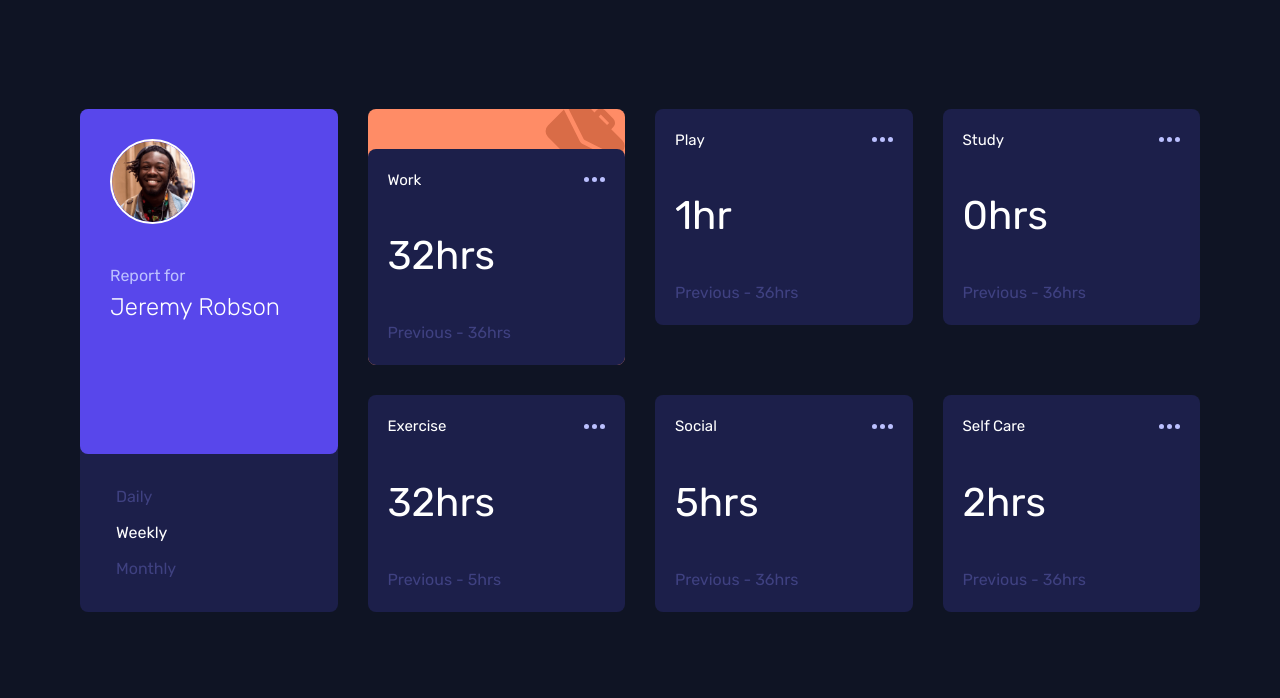
Repository: Akashiii1/WebTimeTracking_Day6
Page: index.html
An editor plug-in stored every save of this project. The page is shown before and after the next save, followed by the edit.
The browser window is 1280 px wide. The pictures show the whole page.

Above is the page before, as saved 2021-12-27 00:23:09.

After the next save:
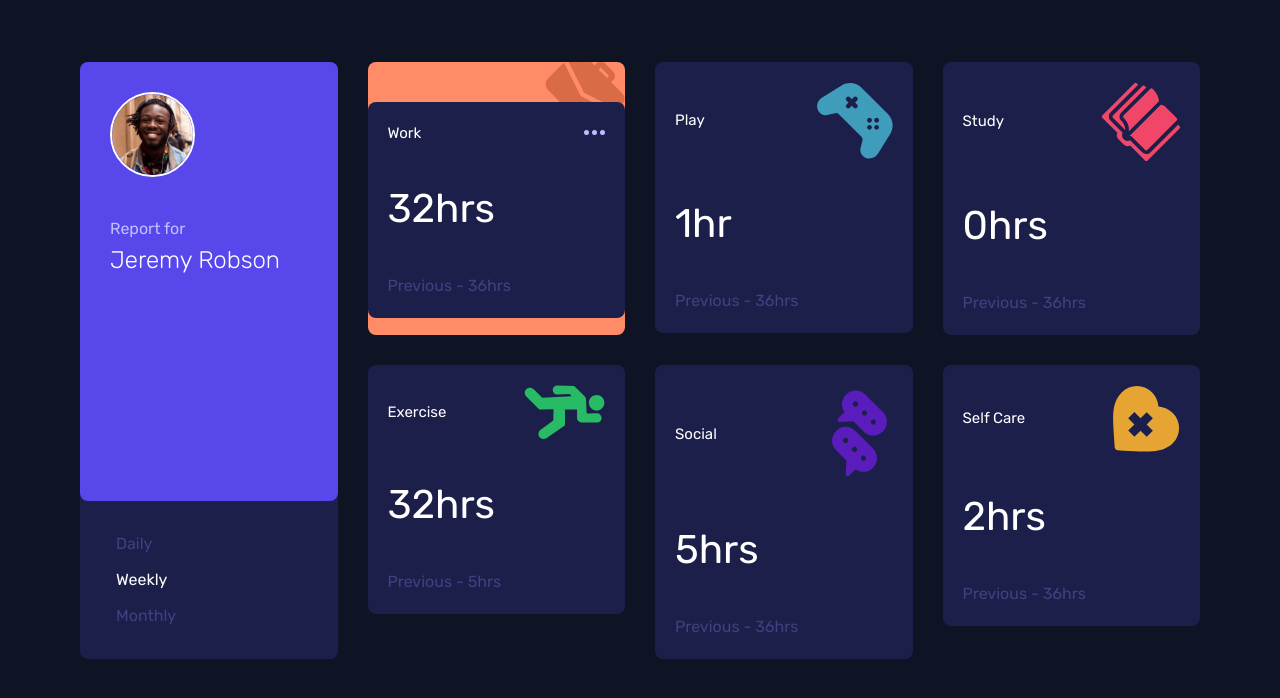
Saved 53 s later.
--- a/index.html
+++ b/index.html
@@ -61,7 +61,7 @@
         <div class="content">
           <div class="heading">
             <h3 class="title">Play</h3>
-            <img src="images/icon-ellipsis.svg" alt="">
+            <img src="images/icon-play.svg" alt="">
           </div>
           <h3 class="time">1hr</h3>
           <div class="desc">Previous - 36hrs </div>
@@ -71,7 +71,7 @@
         <div class="content">
           <div class="heading">
             <h3 class="title"> Exercise</h3>
-            <img src="images/icon-ellipsis.svg" alt="">
+            <img src="images/icon-exercise.svg" alt="">
           </div>
           <h3 class="time">32hrs</h3>
           <div class="desc"> Previous - 5hrs </div>
@@ -81,7 +81,7 @@
         <div class="content">
           <div class="heading">
             <h3 class="title">Social</h3>
-            <img src="images/icon-ellipsis.svg" alt="">
+            <img src="images/icon-social.svg" alt="">
           </div>
           <h3 class="time">5hrs </h3>
           <div class="desc">Previous - 36hrs </div>
@@ -91,7 +91,7 @@
         <div class="content">
           <div class="heading">
             <h3 class="title">Self Care</h3>
-            <img src="images/icon-ellipsis.svg" alt="">
+            <img src="images/icon-self-care.svg" alt="">
           </div>
           <h3 class="time"> 2hrs</h3>
           <div class="desc">Previous - 36hrs </div>
@@ -101,7 +101,7 @@
         <div class="content">
           <div class="heading">
             <h3 class="title">Study</h3>
-            <img src="images/icon-ellipsis.svg" alt="">
+            <img src="images/icon-study.svg" alt="">
           </div>
           <h3 class="time">0hrs</h3>
           <div class="desc">Previous - 36hrs </div>

After the save that followed:
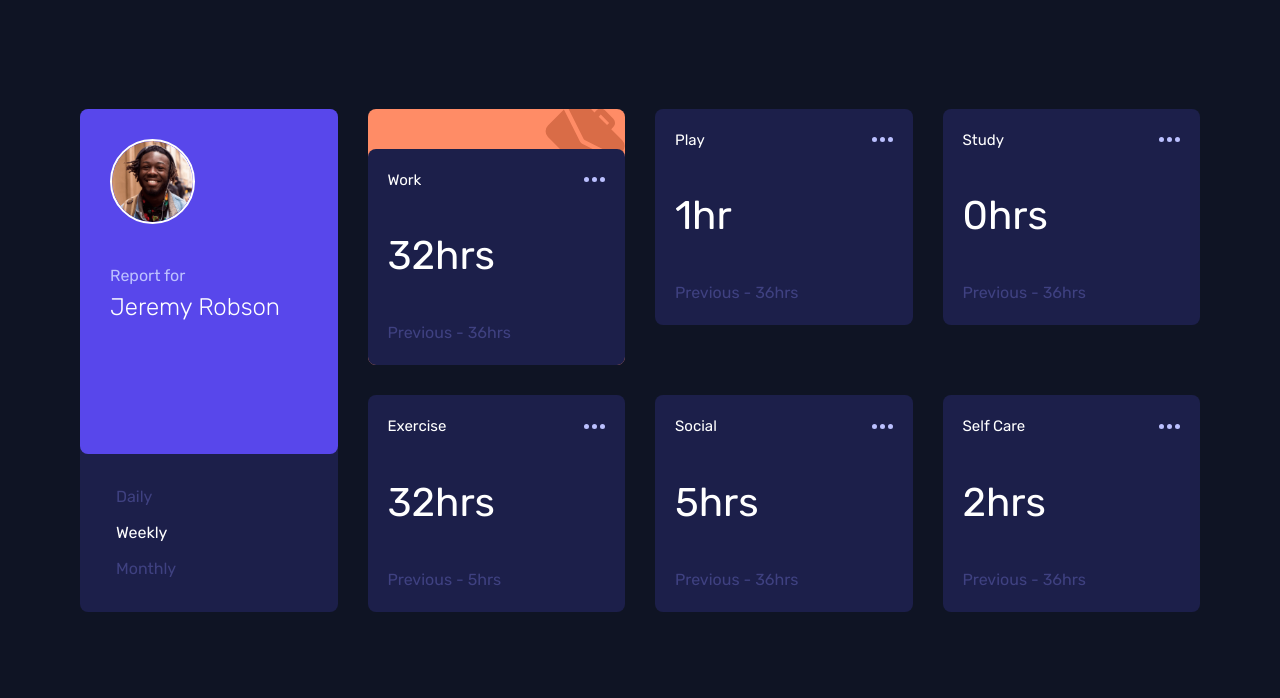
Saved 22 s later.
--- a/index.html
+++ b/index.html
@@ -61,7 +61,7 @@
         <div class="content">
           <div class="heading">
             <h3 class="title">Play</h3>
-            <img src="images/icon-play.svg" alt="">
+            <img src="images/icon-ellipsis.svg" alt="">
           </div>
           <h3 class="time">1hr</h3>
           <div class="desc">Previous - 36hrs </div>
@@ -71,7 +71,7 @@
         <div class="content">
           <div class="heading">
             <h3 class="title"> Exercise</h3>
-            <img src="images/icon-exercise.svg" alt="">
+            <img src="images/icon-ellipsis.svg" alt="">
           </div>
           <h3 class="time">32hrs</h3>
           <div class="desc"> Previous - 5hrs </div>
@@ -81,7 +81,7 @@
         <div class="content">
           <div class="heading">
             <h3 class="title">Social</h3>
-            <img src="images/icon-social.svg" alt="">
+            <img src="images/icon-ellipsis.svg" alt="">
           </div>
           <h3 class="time">5hrs </h3>
           <div class="desc">Previous - 36hrs </div>
@@ -91,7 +91,7 @@
         <div class="content">
           <div class="heading">
             <h3 class="title">Self Care</h3>
-            <img src="images/icon-self-care.svg" alt="">
+            <img src="images/icon-ellipsis.svg" alt="">
           </div>
           <h3 class="time"> 2hrs</h3>
           <div class="desc">Previous - 36hrs </div>
@@ -101,7 +101,7 @@
         <div class="content">
           <div class="heading">
             <h3 class="title">Study</h3>
-            <img src="images/icon-study.svg" alt="">
+            <img src="images/icon-ellipsis.svg" alt="">
           </div>
           <h3 class="time">0hrs</h3>
           <div class="desc">Previous - 36hrs </div>
